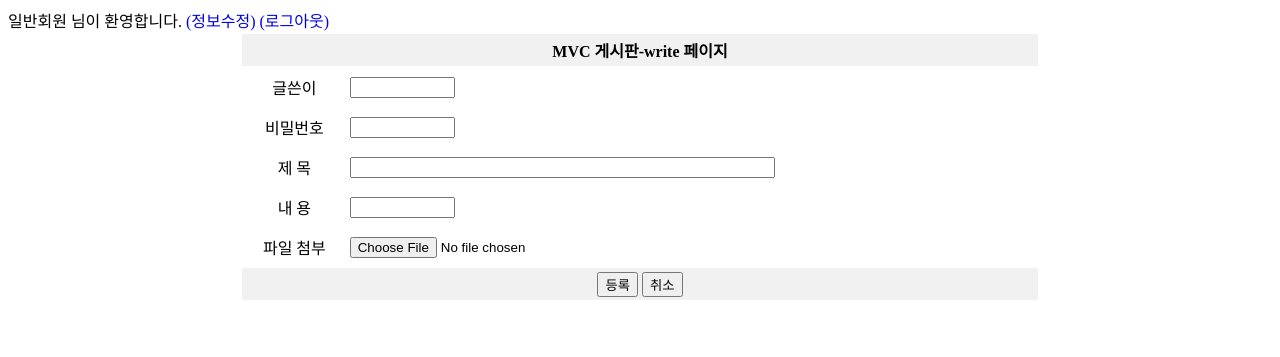
Repository: rumor1993/KH1
Page: http://localhost/Board/board/qna_board_reply.jsp
An editor plug-in stored every save of this project. The page is shown before and after the next save, followed by the edit.
The browser window is 1280 px wide. The pictures show the whole page.
The page is served by Tomcat 9. The template is opened directly, without the code that normally fills it, so the values that code supplies are empty.

Above is the page before, as saved 2018-05-10 06:38:29.

After the next save:
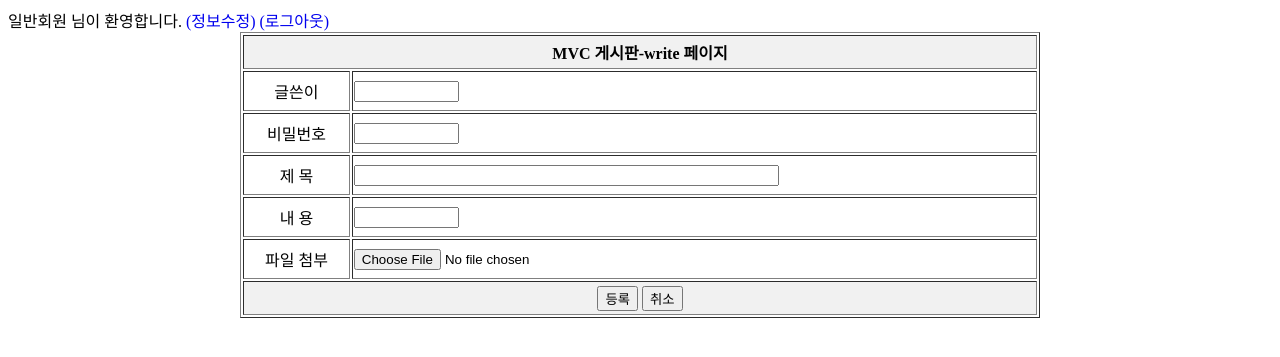
Saved 5 s later.
--- a/Board/WebContent/board/qna_board_reply.jsp
+++ b/Board/WebContent/board/qna_board_reply.jsp
@@ -18,7 +18,7 @@
 
 		<input type="hidden" name="BOARD_RE_SEQ" value="${boarddata.BOARD_RE_SEQ }">
 
-	<table board=1>
+	<table border=1>
 			<tr class="center">
 				<th colspan="2">MVC 게시판-write 페이지</th>
 			</tr>
